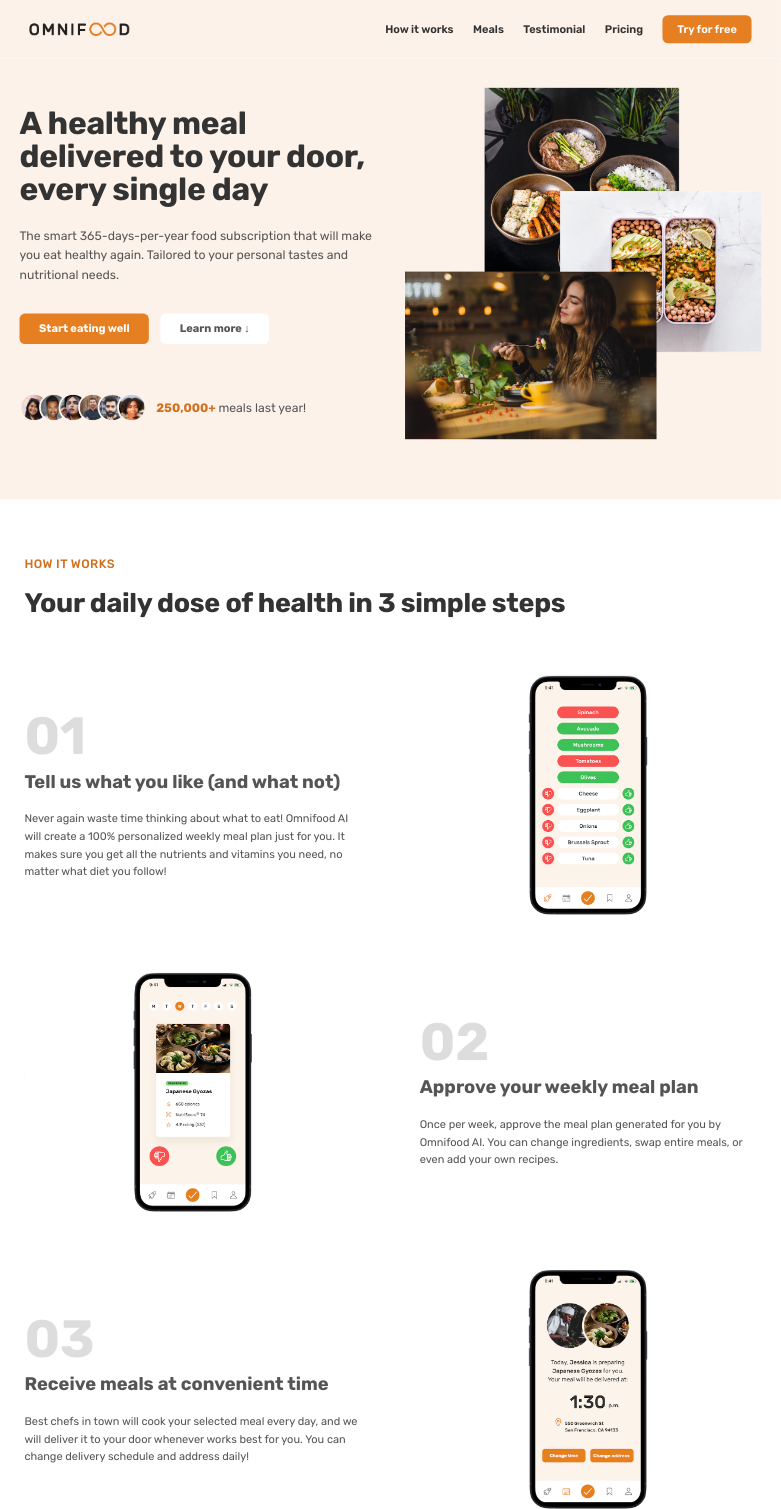
Repository: WefsCao/Omnifood
Page: index.html
An editor plug-in stored every save of this project. The page is shown before and after the next save, followed by the edit.
The browser window is 1280 px wide. The pictures show the whole page, at 61% of full size.

Above is the page before, as saved 2022-06-04 20:53:18.

### index.html
<!DOCTYPE html>
<html lang="en">
  <head>
    <meta charset="UTF-8" />
    <meta http-equiv="X-UA-Compatible" content="IE=edge" />
    <meta name="viewport" content="width=device-width, initial-scale=1.0" />

    <link rel="preconnect" href="https://fonts.googleapis.com" />
    <link rel="preconnect" href="https://fonts.gstatic.com" crossorigin />
    <link
      href="https://fonts.googleapis.com/css2?family=Rubik:wght@400;500;600;700&display=swap"
      rel="stylesheet"
    />
    <link rel="stylesheet" href="./css/general.css" />
    <link rel="stylesheet" href="./css/style.css" />
    <title>Omnifood</title>
  </head>
  <body>
    <header class="header">
      <img class="logo" src="img/omnifood-logo.png" alt="heder of logo" />

      <nav class="nav-main">
        <ul class="nav-main-list">
          <li><a href="#" class="nav-main-link">How it works</a></li>
          <li><a href="#" class="nav-main-link">Meals</a></li>
          <li><a href="#" class="nav-main-link">Testimonial</a></li>
          <li><a href="#" class="nav-main-link">Pricing</a></li>
          <li><a href="#" class="nav-main-link nav-cta">Try for free</a></li>
        </ul>
      </nav>
    </header>
    <main>
      <section class="section-hero">
        <div class="hero">
          <div class="hero-text-box">
            <h1 class="heading-primary">
              A healthy meal delivered to your door, every single day
            </h1>
            <p class="hero-description">
              The smart 365-days-per-year food subscription that will make you
              eat healthy again. Tailored to your personal tastes and
              nutritional needs.
            </p>
            <a href="#" class="btn btn--full margin-ringht-sm"
              >Start eating well</a
            >
            <a href="#" class="btn btn--outline">Learn more &darr;</a>
            <div class="delivered-meals">
              <div class="delivered-imgs">
                <img src="img/customers/customer-1.jpg" />
                <img src="img/customers/customer-2.jpg" />
                <img src="img/customers/customer-3.jpg" />
                <img src="img/customers/customer-4.jpg" />
                <img src="img/customers/customer-5.jpg" />
                <img src="img/customers/customer-6.jpg" />
              </div>
              <div class="delivered-text">
                <span>250,000+ </span>meals last year!
              </div>
            </div>
          </div>
          <div class="hero-img-box">
            <img src="img/hero.png" alt="Hero of image" class="hero-img" />
          </div>
        </div>
      </section>
      <section class="section-how">
        <div class="step-title container">
          <span class="step-subtitle">How it works</span>
          <h2 class="heading-secondary">
            Your daily dose of health in 3 simple steps
          </h2>
        </div>

        <!-- STEP 01 -->
        <div class="step-content container grid grid--2-cols">
          <div class="step-text-box">
            <div class="step-number">01</div>
            <h3 class="step-heading">Tell us what you like (and what not)</h3>
            <p class="step-text">
              Never again waste time thinking about what to eat! Omnifood AI
              will create a 100% personalized weekly meal plan just for you. It
              makes sure you get all the nutrients and vitamins you need, no
              matter what diet you follow!
            </p>
          </div>
          <div class="step-img-box">
            <img
              class="step-img"
              src="img/app/app-screen-1.png"
              alt="app screen 1"
            />
          </div>
        </div>
        <!-- STEP 02 -->
        <div class="step-content container grid grid--2-cols">
          <div class="step-img-box">
            <img
              class="step-img"
              src="img/app/app-screen-2.png"
              alt="app screen 2"
            />
          </div>
          <div class="step-text-box">
            <div class="step-number">02</div>
            <h3 class="step-heading">Approve your weekly meal plan</h3>
            <p class="step-text">
              Once per week, approve the meal plan generated for you by Omnifood
              AI. You can change ingredients, swap entire meals, or even add
              your own recipes.
            </p>
          </div>
        </div>

        <!-- STEP 03 -->
        <div class="step-content container grid grid--2-cols">
          <div class="step-text-box">
            <div class="step-number">03</div>
            <h3 class="step-heading">Receive meals at convenient time</h3>
            <p class="step-text">
              Best chefs in town will cook your selected meal every day, and we
              will deliver it to your door whenever works best for you. You can
              change delivery schedule and address daily!
            </p>
          </div>
          <div class="step-img-box">
            <img
              class="step-img"
              src="img/app/app-screen-3.png"
              alt="app screen 3"
            />
          </div>
        </div>
      </section>
    </main>
  </body>
</html>

### css/general.css
/*
--- 01 TYPOGRAPHY
- Font size system (px)
    10 / 12 / 14 / 16 / 18 / 20 / 24 / 30 / 36 / 44 / 52 / 62 / 74 / 86 / 98

- Font weights:
Default: 400

- Line heights:
Default: 1
Small: 1.05


--- 02 COLOR

- Primary: #e67e22
- Tints: #fdf2e9
- Shades: #cf711f
- Accents:
- Grey:
 #555
 #333

 --- 05 SHADOW

 --- 06 BORDER RADIUS
 - Default: 9px

 --- 07 WHITE SPACES
 - Spacing system (px)
 2 / 4 / 8 / 12 / 16 / 24 / 32 / 48 / 64 / 80 / 96 / 128
*/
html {
  font-size: 62.5%;
}
* {
  margin: 0;
  padding: 0;
  box-sizing: border-box;
}
body {
  font-family: "Rubik", sans-serif;
  color: #555;
  font-weight: 400;
  line-height: 1;
}

/****************************************/
/* GENERAL REUSE COMPONENTS */
/****************************************/
.heading-primary,
.heading-secondary {
  line-height: 1.05;
  color: #333;
  font-weight: 700;
  letter-spacing: -0.5px;
  margin-bottom: 3.2rem;
}
.heading-primary {
  font-size: 5.2rem;
}

.btn--full:link,
.btn--full:visited {
  background-color: #e67e22;
  color: #fff;
}
.btn--full:hover,
.btn--full:active {
  background-color: #cf711f;
}
.margin-ringht-sm {
  margin-right: 1.6rem;
}

.grid {
  display: grid;
  align-items: center;
  /* grid-template-rows: repeat(2, 1fr); */

  column-gap: 6.4rem;
  row-gap: 9.6rem;
  gap: 9.6rem;
}
.grid--2-cols {
  grid-template-columns: repeat(2, 1fr);
}
.grid--3-cols {
  grid-template-columns: repeat(3, 1fr);
}
.container {
  max-width: 120rem;
  margin: 0 auto;
  background-color: #fff;
}

### css/style.css
/****************************************/
/* HEADER */
/****************************************/
.header {
  display: flex;
  align-items: center;
  justify-content: space-between;
  height: 9.6rem;
  padding: 0 4.8rem;
  background-color: #fdf2e9;
}
.logo {
  height: 2.2rem;
}

/****************************************/
/* NAVIGATION */
/****************************************/

.nav-main-list {
  display: flex;
  align-items: center;
  gap: 3.2rem;
  list-style: none;
}
.nav-main-link:link,
.nav-main-link:visited {
  color: #333;
  font-size: 1.8rem;
  font-weight: 600;
  text-decoration: none;
  transition: all 0.3s;
}
.nav-main-link:hover,
.nav-main-link:active {
  color: #e67e22;
}

.nav-main-link.nav-cta:link,
.nav-main-link.nav-cta:visited {
  padding: 1.2rem 2.4rem;
  background-color: #e67e22;
  border-radius: 9px;
  color: #fff;
}
.nav-main-link.nav-cta:hover,
.nav-main-link.nav-cta:active {
  background-color: #cf711f;
}

/****************************************/
/* HERO */
/****************************************/
.section-hero {
  background-color: #fdf2e9;
  padding: 4.8rem 0 9.6rem 0;
}

.hero {
  display: grid;
  grid-template-columns: 1fr 1fr;
  gap: 4.8rem;
  align-items: center;
  max-width: 130rem;
  padding: 0 3.2rem;
  margin: 0 auto;
}

.hero-description {
  font-size: 2rem;
  line-height: 1.6;
  margin-bottom: 4.8rem;
}
.btn:link,
.btn:visited {
  outline: none;
  display: inline-block;
  padding: 1.6rem 3.2rem;
  font-size: 1.8rem;
  font-weight: 700;
  border-radius: 9px;
  text-decoration: none;
  transition: background-color 0.3s;
}

.btn--outline:link,
.btn--outline:visited {
  background-color: #fff;
  color: #555;
}
.btn--outline:hover,
.btn--outline:active {
  background-color: #fdf2e9;
  box-shadow: inset 0 0 0 3px #fff;
}

.delivered-meals {
  display: flex;
  align-items: center;
  gap: 1.6rem;
  margin-top: 8rem;
}
.delivered-imgs {
  display: flex;
}
.delivered-imgs img {
  width: 4.8rem;
  height: 4.8rem;
  border-radius: 50%;
  border: 3px solid #fdf2e9;
  margin-right: -1.6rem;
}
.delivered-imgs img:last-child {
  margin: 0;
}
.delivered-text {
  font-size: 2rem;
}
.delivered-text span {
  font-weight: 700;
  color: #cf711f;
}
.hero-img {
  width: 100%;
}

/****************************************/
/* HOW IT WORKS SECTION  */
/****************************************/

.step-title {
  margin-top: 9.6rem;
}
.step-content {
  margin-top: 9.6rem;
}
.step-subtitle {
  letter-spacing: 0.75px;
  text-transform: uppercase;
  color: #cf711f;
  font-weight: 500;
  font-size: 2rem;
}
.heading-secondary {
  font-size: 4.4rem;
  margin-top: 3.2rem;
}
.step-number {
  font-size: 8.6rem;
  font-weight: 700;
  color: #ddd;
  margin-bottom: 1.6rem;
}
.step-heading {
  font-size: 3rem;
  font-weight: 700;
}
.step-img-box {
  position: relative;
  display: flex;
  align-items: center;
  justify-content: center;
}
.step-img-box::before {
  content: "";
  position: absolute;
  width: 60%;
  padding-bottom: 60%;
  border-radius: 50%;
  background-color: #fdf2e9;
  top: 0;
  left: 0;
  z-index: -1;
}
.step-text {
  margin-top: 3.2rem;
  font-size: 1.8rem;
  line-height: 1.6;
}
.step-img {
  width: 35%;
}

After the next save:
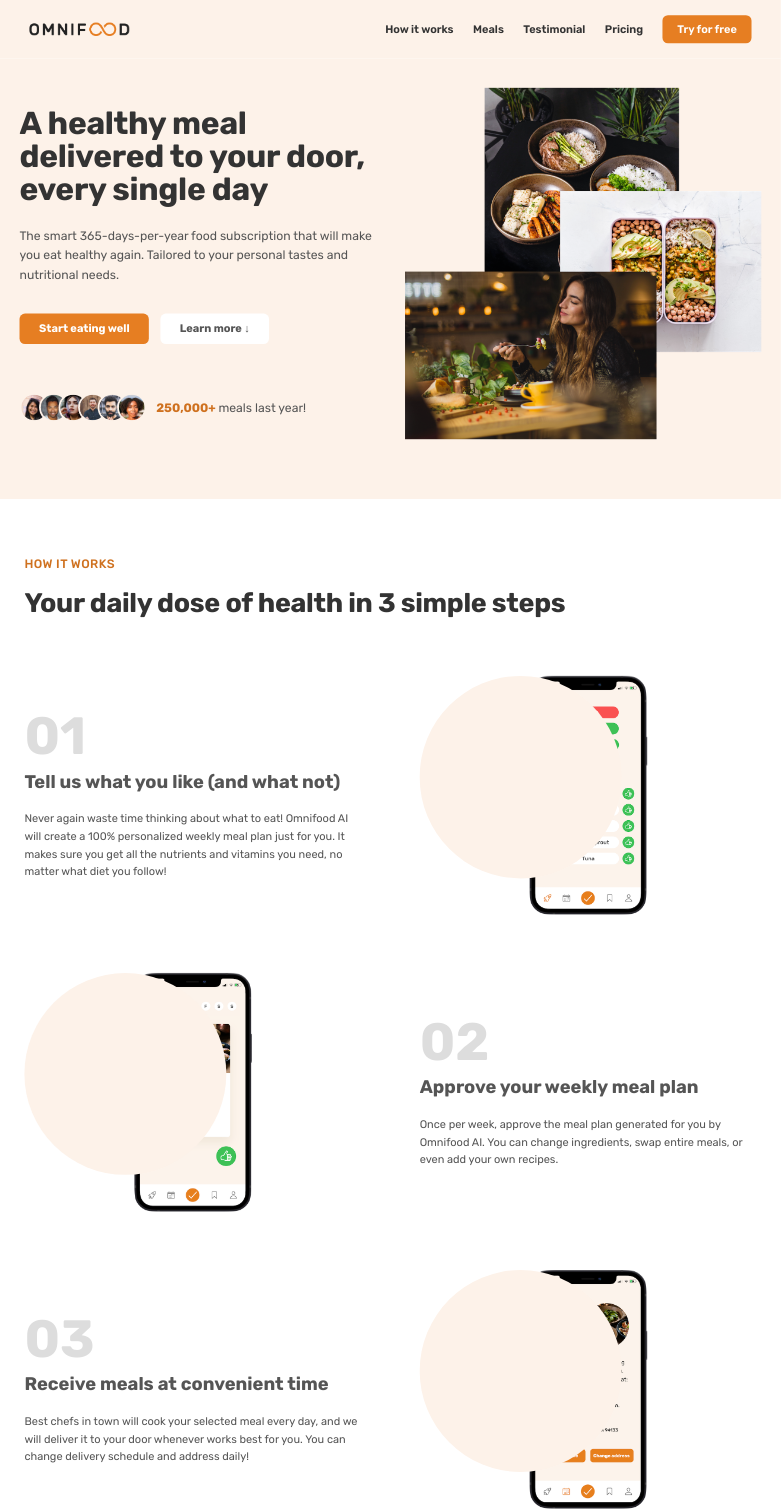
Saved 14 s later.
--- a/css/style.css
+++ b/css/style.css
@@ -170,7 +170,6 @@
   background-color: #fdf2e9;
   top: 0;
   left: 0;
-  z-index: -1;
 }
 .step-text {
   margin-top: 3.2rem;
